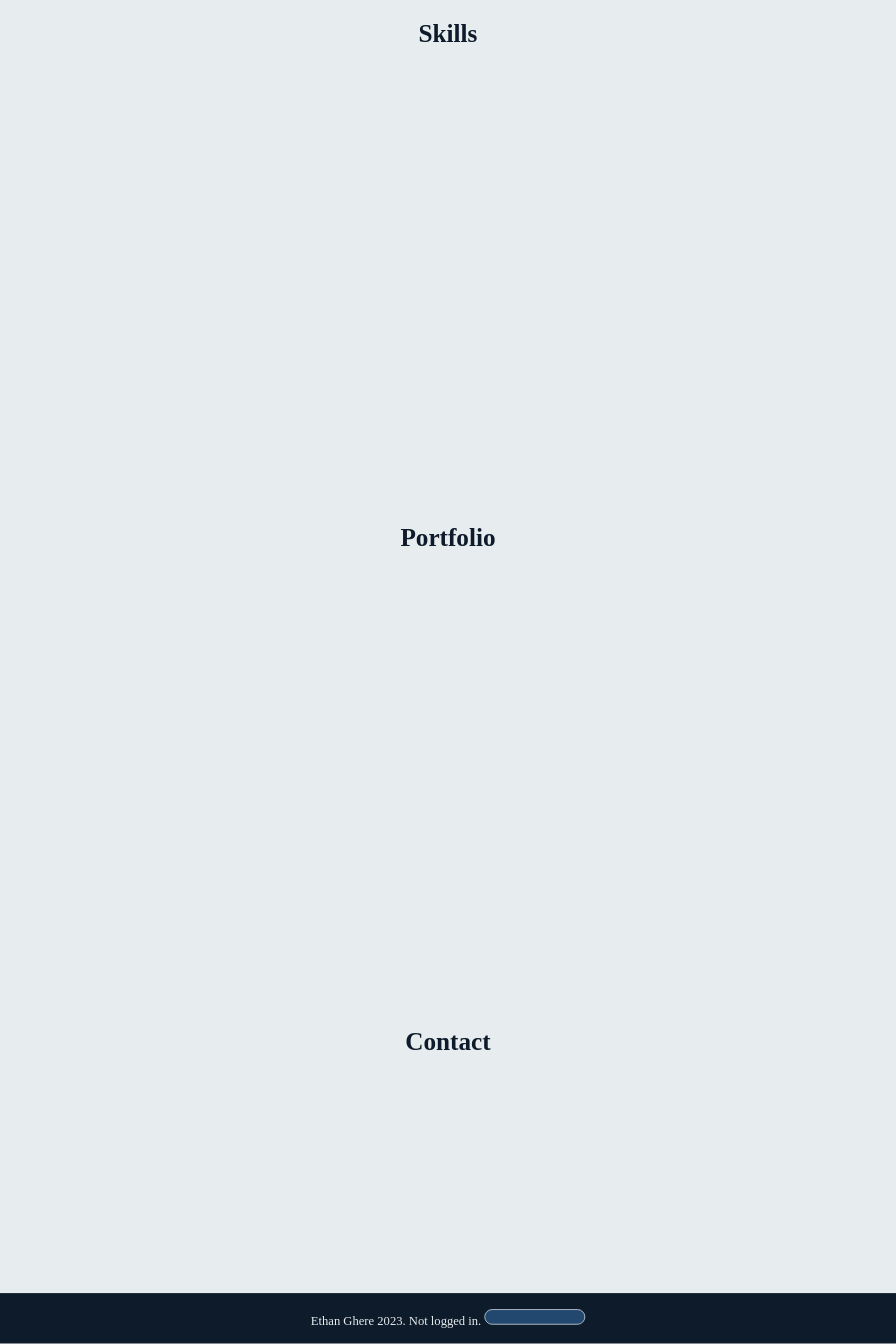
Repository: eghere-bsu/ethanghere-website
Page: http://localhost/php/index.php
The author's editor kept a copy of each file at every save. The page is drawn from the files as they stood at one save, then again after the next save.
The browser window is 1280 px wide. The pictures show the part of the page from y = 955 to 2875 px (the page is 2875 px tall), at 70% of full size.
Some web fonts or font styles are not loaded; a fallback is used. The page is run by PHP 8.4 with error messages shown; the project is at /var/www/html/.

Above is the page before, as saved 2023-11-27 15:35:45.

### php/index.php
<?php
  session_start();
  ini_set('display_errors', 1);
  error_reporting(E_ALL);

  if (isset($_GET['action']) && $_GET['action'] === 'logout') {
    unset($_SESSION['auth']);
    unset($_SESSION['username']);
    unset($_SESSION['powerlvl']);
  }
  $loggedIn = isset($_SESSION['auth']) && $_SESSION['auth'] === true;
  $loginText = $loggedIn ? 'Log Out' : 'Log In';
  $loginHref = $loggedIn ? 'login.php?action=logout' : 'login.php';
?>

<!DOCTYPE html>
<html lang="en">

<head>
  <meta charset="UTF-8">
  <title>Ethan Ghere</title>
  <link rel="stylesheet" href="../css/style.css">
  <link rel="icon" type="image/x-icon" href="../favicon.ico">
</head>

<nav>
  <div class="container">
    <ul>
      <li class="home active">
        <a href="#home" class="navlink">Home</a>
      </li>
      <li class="skills">
        <a href="#skills" class="navlink">Skills</a>
      </li>
      <li class="portfolio">
        <a href="#portfolio" class="navlink">Portfolio</a>
      </li>
      <li class="contact">
        <a href="#contact" class="navlink">Contact</a>
      </li>
    </ul>
  </div>
</nav>

<body>
  <!-- Home -->
  <section id="home">
    <h1>Ethan Ghere</h1>
    <p>Boise State CS major. Aspiring software developer. Forever learner.</p>
    <span>
      <a href="https://www.linkedin.com/in/ethan-ghere-08532a23a" class="button linkedin"><img src="../svg/icons8-linkedin.svg">LinkedIn</a>
      <a href="https://www.facebook.com/profile.php?id=100085450836702" class="button facebook"><img src="../svg/icons8-facebook-24.svg">Facebook</a>
      <a href="https://github.com/eghere-bsu" class="button"><img src="../svg/icons8-github-24.png">GitHub</a>
      <a href="../assets/resume.pdf" class="button">Resume</a>
    </span>
  </section>
  <!-- Skills -->
  <section id="skills">
    <h1>Skills</h1>
  </section>
  <!-- Portfolio -->
  <section id="portfolio">
    <h1>Portfolio</h1>
  </section>
  <!-- Contact -->
  <section id="contact">
    <h1>Contact</h1>
  </section>
  <!-- Footer -->
  <section id="footer">
    <p>Ethan Ghere 2023.
      <?php
        if (isset($_SESSION['auth']) && $_SESSION['auth'] === true) {
          if (isset($_SESSION['username'])) {
            echo 'Logged in as ' . $_SESSION['username'];
          } else {
            echo 'Username not found.';
          }
        } else {
          echo 'Not logged in.';
        }
      ?>
      <a href="#login" class="button login-modal">
        <?php

        ?>
      </a></p>
  </section>
  <div class="modal" id="login-signup-modal">
      <div class="modal-content">
        <button class="modal-close" onclick="closeModal()">X</button>
        <span class="container">
          <ul>
            <li class="login">
              <a href="#login" class="navlink">Log In</a>
            </li>
            <li class="signup">
              <a href="#signup" class="navlink">Sign Up</a>
            </li>
          </ul>
        </span>
        <span>
        <?php
          if(isset($_SESSION['message'])) {
            echo htmlspecialchars($_SESSION['message'], ENT_QUOTES, 'UTF-8');
            unset($_SESSION['message']);
          }
        ?>
        </span>
        <form method="post" action="login_handler.php" id="login-form">
          <input placeholder="Username: " type="username" id="username" name="username" required>
          <input placeholder="Password: " type="password" id="password" name="password" required>
          <button type="submit" class="button">Log In</button>
        </form>
        <form method="post" action="signup_handler.php" id="signup-form">
          <input placeholder="Username: " type="username" id="username" name="username" required>
          <input placeholder="Password: " type="password" id="password" name="password" required>
          <input placeholder="Confirm password: " type="pwconfirm" id="pwconfirm" name="pwconfirm" required>
          <button type="submit" class="button">Sign Up</button>
        </form>
        <div class="modal-body"></div>
      </div>
    </div>
  <script src="https://code.jquery.com/jquery-3.7.1.min.js"></script>
  <script src="../js/modal.js"></script>
  <script src="../js/scroll.js"></script>
</body>

### css/style.css
@import url("https://fonts.googleapis.com/css2?family=Roboto+Mono&display=swap");

* {
  padding: 0;
  margin: 0;
  box-sizing: border-box;
}

html {
  font-family: "Roboto Mono";
  font-size: 24px;
  scroll-behavior: smooth;
}

section {
  height: 100vh;
  width: 100%;
  color: #0d1b2a;
  background-color: #e7ecef;
  display: flex;
  flex-direction: column;
  align-items: center;
  justify-content: center;
}

#home {
  height: 80vh;
  color: #e7ecef;
  background-color: #0d1b2a;
  padding: 30px;

  *:not(:first-child) {
    margin-top: 20px;
  }
}

/* TODO
section#skills {}
*/

/* TODO
section#portfolio {} */

section#footer {
  height: 10vh;
  background-color: #0d1b2a;
  color: #e7ecef;
  font-size: 18px;
}

.button {
  display: inline-block;
  padding: 10px 20px;
  width: 8em;
  text-align: center;
  text-decoration: none;
  font-weight: bold;
  border-radius: 12px;
  border: 1px solid #e7ecef;
  color: #e7ecef;
  background-color: #23486f;
  transition: 0.3s ease background-color;

  img {
    position: relative;
    top: 0.1em;
    right: 0.1em;
  }

  &:hover {
    background-color: #f85a3e;
  }

  &:hover:after {
    transition: 0.3s ease background-color;
  }
}

.button.small {
  font-size: 0.8em;
}

.linkedin {
  background-color: #0077b5;
}

.facebook {
  background-color: #3b5998;
}

nav {
  position: sticky;
  top: 0;
  background-color: #e7ecef;
}

.container {
  width: 90%;
  max-width: 1000px;
  min-width: 200px;
  margin: 0 auto;
  text-align: center;
  padding: 10px;

  ul {
    display: inline-block;

    li {
      display: inline-block;

      a {
        display: inline-block;
        text-decoration: none;
        padding: 10px 20px;
        color: #0d1b2a;
        border-radius: 12px;
        transition: 0.3s ease background-color;

        &:hover {
          background-color: rgba(0, 0, 0, 0.25);
        }
      }
    }

    li.active {
      background-color: #f85a3e;
      transition: 0.3s ease background-color;
      border-radius: 12px;

      a {
        color: rgb(231, 236, 239);
      }

      .navlink {
        background-color: #f85a3e;
        transition: 0.3s ease background-color;
        border-radius: 12px;
      }
    }
  }
}


/* modal */

.modal {
  display: none; /* Hide the modal by default */
  position: fixed;
  top: 0;
  left: 0;
  width: 100%;
  height: 100%;
  background-color: rgba(0, 0, 0, 0.4);
}

.modal-content {
  position: fixed;
  top: 50%;
  left: 50%;
  transform: translate(-50%, -50%);
  width: 40%;
  background-color: #e7ecef;
  color: #0d1b2a;
  padding: 20px;

  form {
    display: flex;
    flex-direction: column;
    align-items: center;
    width: 100%;
  }

  form label {
    margin-bottom: 10px;
  }

  form input {
    width: 100%;
    padding: 10px;
    border: 1px solid #ccc;
    border-radius: 4px;
  }

  form button {
    padding: 10px 20px;
    background-color: #23486f;
    border: none;
    border-radius: 4px;
    cursor: pointer;
    text-decoration: none;
  }

  & > .modal-close {
    position: absolute;
    top: 10px;
    right: 10px;
    width: 2em;
    height: 2em;
    border: none;
    cursor: pointer;
    background-color: #23486f;
    color: #e7ecef;
  }

  & > .container {
    display: flex;
    justify-content: center;

    & > a {
      color: #0d1b2a;
    }
  }
}

.modal-body {
  display: flex;
  flex-direction: column;
  justify-content: center;
}

.form-container {
  max-width: 400px;
  width: 100%;
  margin: 0 auto;
  position: relative;
}

### svg/icons8-linkedin.svg
<svg xmlns="http://www.w3.org/2000/svg" xmlns:xlink="http://www.w3.org/1999/xlink" viewBox="0,0,256,256" width="24px" height="24px"><g transform="translate(-24.32,-24.32) scale(1.19,1.19)"><g fill="#e7ecef" fill-rule="nonzero" stroke="none" stroke-width="1" stroke-linecap="butt" stroke-linejoin="miter" stroke-miterlimit="10" stroke-dasharray="" stroke-dashoffset="0" font-family="none" font-weight="none" font-size="none" text-anchor="none" style="mix-blend-mode: normal"><g transform="scale(5.12,5.12)"><path d="M41,4h-32c-2.76,0 -5,2.24 -5,5v32c0,2.76 2.24,5 5,5h32c2.76,0 5,-2.24 5,-5v-32c0,-2.76 -2.24,-5 -5,-5zM17,20v19h-6v-19zM11,14.47c0,-1.4 1.2,-2.47 3,-2.47c1.8,0 2.93,1.07 3,2.47c0,1.4 -1.12,2.53 -3,2.53c-1.8,0 -3,-1.13 -3,-2.53zM39,39h-6c0,0 0,-9.26 0,-10c0,-2 -1,-4 -3.5,-4.04h-0.08c-2.42,0 -3.42,2.06 -3.42,4.04c0,0.91 0,10 0,10h-6v-19h6v2.56c0,0 1.93,-2.56 5.81,-2.56c3.97,0 7.19,2.73 7.19,8.26z"></path></g></g></g></svg>

### svg/icons8-facebook-24.svg
<svg xmlns="http://www.w3.org/2000/svg" xmlns:xlink="http://www.w3.org/1999/xlink" viewBox="0,0,256,256" width="24px" height="24px"><g transform="translate(-43.52,-43.52) scale(1.34,1.34)"><g fill-opacity="0" fill="#d72020" fill-rule="nonzero" stroke="none" stroke-width="1" stroke-linecap="butt" stroke-linejoin="miter" stroke-miterlimit="10" stroke-dasharray="" stroke-dashoffset="0" font-family="none" font-weight="none" font-size="none" text-anchor="none" style="mix-blend-mode: normal"><path d="M32.47761,223.52239v-191.04478h191.04478v191.04478z" id="bgRectangle"></path></g><g fill="#e7ecef" fill-rule="nonzero" stroke="none" stroke-width="1" stroke-linecap="butt" stroke-linejoin="miter" stroke-miterlimit="10" stroke-dasharray="" stroke-dashoffset="0" font-family="none" font-weight="none" font-size="none" text-anchor="none" style="mix-blend-mode: normal"><g transform="scale(10.66667,10.66667)"><path d="M19,3h-14c-1.105,0 -2,0.895 -2,2v14c0,1.105 0.895,2 2,2h7.621v-6.961h-2.343v-2.725h2.343v-2.005c0,-2.324 1.421,-3.591 3.495,-3.591c0.699,-0.002 1.397,0.034 2.092,0.105v2.43h-1.428c-1.13,0 -1.35,0.534 -1.35,1.322v1.735h2.7l-0.351,2.725h-2.365v6.965h3.586c1.105,0 2,-0.895 2,-2v-14c0,-1.105 -0.895,-2 -2,-2z"></path></g></g></g></svg>

### js/modal.js
$(document).ready(function () {
   // Open login-signup modal
   $('.login-modal').click(function () {
      $('#login-signup-modal').show();
      $('#login-form').show();
      $('#signup-form').hide();
      $('.signup').removeClass('active');
      $('.login').addClass('active');
   });

   // Login button
   $('.login').click(function () {
      $('#login-form').show();
      $('#signup-form').hide();
      $('.signup').removeClass('active');
      $('.login').addClass('active');
   });

   // Show the signup form when the signup button is clicked
   $('.signup').click(function () {
      $('#signup-form').show();
      $('#login-form').hide();
      $('.login').removeClass('active');
      $('.signup').addClass('active');
   });

   // Close modal
   $('.modal-close').click(function () {
      $('#login-signup-modal').hide();
   });

   // Handle modal opening from a redirect
   if (window.location.href.indexOf('#login') !== -1 || window.location.href.indexOf('#signup') !== -1) {
      $('#login-signup-modal').show();

      if (window.location.href.indexOf('#login') !== -1) {
         $('#login-form').show();
         $('#signup-form').hide();
         $('.login').addClass('active');
         $('.signup').removeClass('active');
      } else {
         $('#signup-form').show();
         $('#login-form').hide();
         $('.signup').addClass('active');
         $('.login').removeClass('active');
      }
   }
});

### js/scroll.js
const sections = document.querySelectorAll("section");
const navLi = document.querySelectorAll("nav .container ul li");
window.addEventListener("scroll", () => {
  let current = "";
  sections.forEach((section) => {
    const sectionTop = section.offsetTop;
    const sectionHeight = section.clientHeight;
    if (pageYOffset >= sectionTop - sectionHeight / 3) {
      current = section.getAttribute("id");
    }
  });

  navLi.forEach((li) => {
    li.classList.remove("active");
    if (li.classList.contains(current)) {
      li.classList.add("active");
    }
  });
});

After the next save:
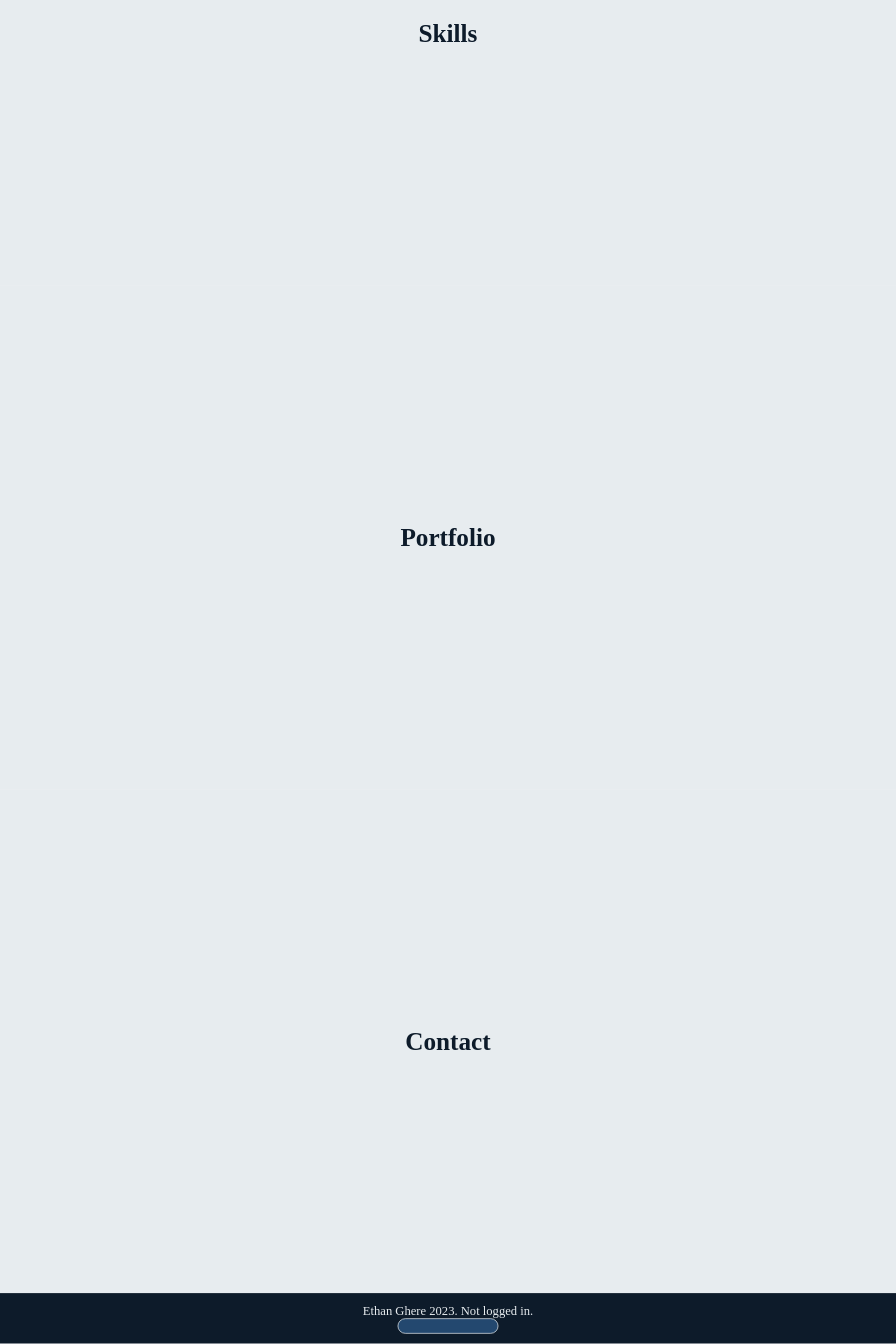
Saved 2 min 15 s later.
--- a/php/index.php
+++ b/php/index.php
@@ -80,11 +80,12 @@
           echo 'Not logged in.';
         }
       ?>
+    </p>
       <a href="#login" class="button login-modal">
         <?php
 
         ?>
-      </a></p>
+      </a>
   </section>
   <div class="modal" id="login-signup-modal">
       <div class="modal-content">
